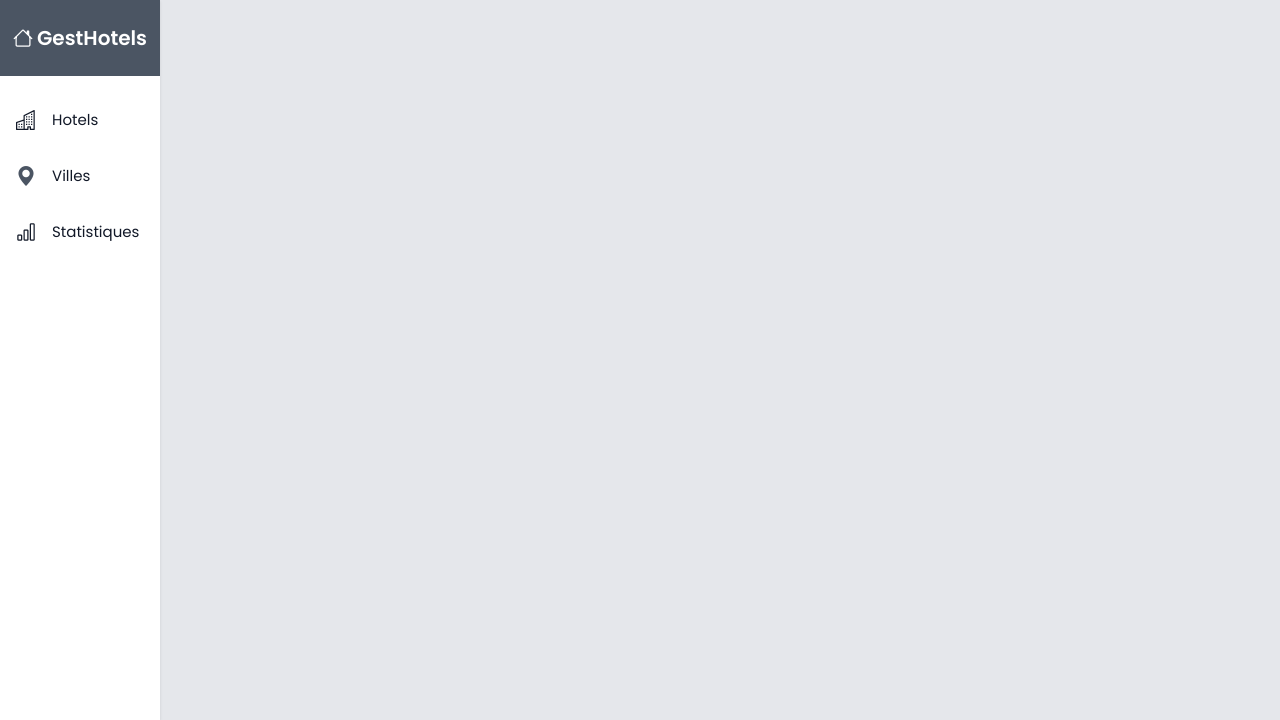
Repository: yahyamourid/GestHotelsEJB
Page: http://localhost/ISICEJBWeb/sidBar.jsp
An editor plug-in stored every save of this project. The page is shown before and after the next save, followed by the edit.
The browser window is 1280 px wide. The pictures show the whole page.
Some web libraries are served in a nearby version. The page is served by Tomcat 10. Nobody is signed in. The application's start-up code is not run. Other server files are loaded and not shown.

Above is the page before, as saved 2023-12-01 16:04:29.
Console error: TypeError: Cannot read properties of null (reading 'classList')

### ISICEJBWeb/src/main/webapp/sidBar.jsp
<%@page import="java.util.regex.Matcher"%>
<%@page import="java.util.regex.Pattern"%>
<%@ page language="java" contentType="text/html; charset=ISO-8859-1" pageEncoding="ISO-8859-1"%>


<!DOCTYPE html>
<html lang="en">

    <head>
        <meta charset="UTF-8">
        <meta http-equiv="X-UA-Compatible" content="IE=edge">
        <meta name="viewport" content="width=device-width, initial-scale=1.0">
        <title>sidebar</title>
        <script src="https://cdn.tailwindcss.com"></script>
        <!-- <script src="./tailwind3.js"></script> -->
        <link href="https://fonts.googleapis.com/css2?family=Poppins:wght@200;300;400;500;600;800&display=swap"
              rel="stylesheet">
        <link rel="stylesheet" href="https://cdn.jsdelivr.net/npm/bootstrap-icons@1.7.2/font/bootstrap-icons.css">

    </head>

    <body class=" font-[Poppins] bg-gray-200 ">
        <%
    String url = request.getRequestURL().toString();
    Pattern pattern = Pattern.compile("[^/]+\\.jsp");
    Matcher matcher = pattern.matcher(url);

    String nomFichierJSP = "";
    if (matcher.find()) {
        nomFichierJSP = matcher.group();
    }


%>

        <div class="sidebar  fixed top-0 bottom-0 lg:left-0 left-[-300px] duration-1000
               w-[160px] overflow-y-auto text-center  bg-white shadow h-screen">


            <div class=" text-xl">
                <div class="py-6 px-2  flex justify-center items-center  mb-5 bg-gray-600 ">
                    <i class="bi bi-house text-white"></i>
                    <h1 class="ml-1 text-xl text-white font-semibold">GestHotels</h1>
                </div>

                <div >

                    <div  class="p-2.5 mt-2 flex items-center  rounded-md px-4 <%if (nomFichierJSP.equals("hotel.jsp")){%>bg-sky-600 <%}%> duration-300  cursor-pointer  hover:bg-sky-600">
                        <i class="bi bi-building text-gray-900"></i>
                        <span class="text-[15px] ml-4 text-gray-900 "><a href="hotel.jsp">Hotels</a></span>
                    </div>

                    <div class="p-2.5 mt-2 flex items-center rounded-md px-4 <%if (nomFichierJSP.equals("ville.jsp")){%>bg-sky-600 <%}%>duration-300 cursor-pointer  hover:bg-sky-600">
                        <i class="bi bi-geo-alt-fill text-gray-600"></i>
                        <span class="text-[15px] ml-4 text-gray-900"><a href="ville.jsp">Villes</a></span>
                    </div>
                    <div class="p-2.5 mt-2 flex items-center rounded-md px-4 <%if (nomFichierJSP.equals("ville.jsp")){%>bg-sky-600 <%}%>duration-300 cursor-pointer  hover:bg-sky-600">
                        <i class="bi bi-bar-chart text-gray-900"></i>
                        <span class="text-[15px] ml-4 text-gray-900"><a href="ville.jsp">Statistiques</a></span>
                    </div>
                </div>
            </div>
        </div>

        <script>
            function dropDown() {
                document.querySelector('#submenu').classList.toggle('hidden')
                document.querySelector('#arrow').classList.toggle('rotate-0')
            }
            dropDown()

            function Openbar() {
                document.querySelector('.sidebar').classList.toggle('left-[-300px]')
            }
        </script>


    </body>

</html>

After the next save:
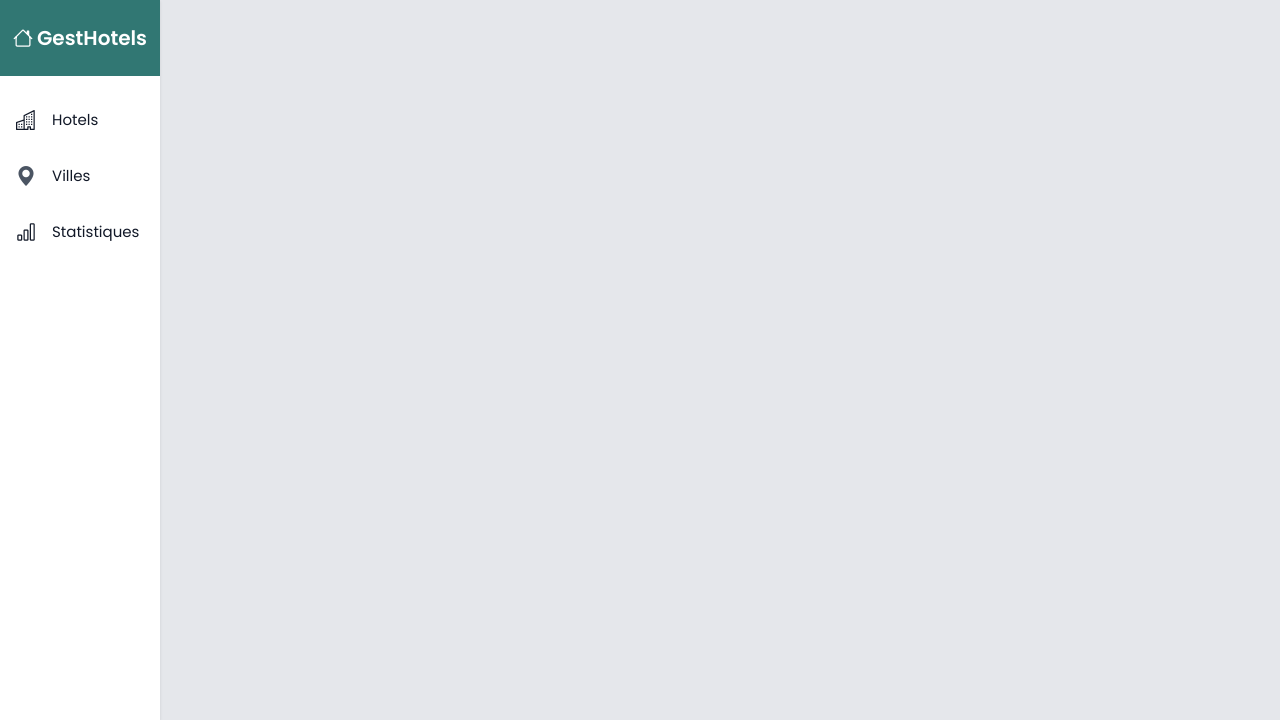
Saved 2 min 17 s later.
--- a/ISICEJBWeb/src/main/webapp/sidBar.jsp
+++ b/ISICEJBWeb/src/main/webapp/sidBar.jsp
@@ -38,7 +38,7 @@
 
 
             <div class=" text-xl">
-                <div class="py-6 px-2  flex justify-center items-center  mb-5 bg-gray-600 ">
+                <div class="py-6 px-2  flex justify-center items-center  mb-5 bg-[#317773] ">
                     <i class="bi bi-house text-white"></i>
                     <h1 class="ml-1 text-xl text-white font-semibold">GestHotels</h1>
                 </div>
